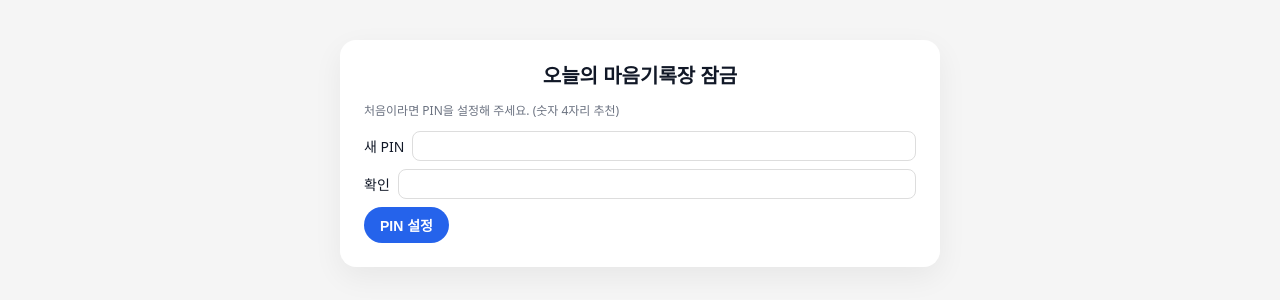
Repository: ymymym6843-prog/paw-note
Page: Index.html
The author's editor kept a copy of each file at every save. The page is drawn from the files as they stood at one save, then again after the next save.
The browser window is 1280 px wide. The pictures show the whole page.

Above is the page before, as saved 2025-11-15 18:25:46.

### Index.html
<!DOCTYPE html>
<html lang="ko">
<head>
  <meta charset="UTF-8" />
  <title>오늘의 마음기록장</title>

  <!-- CSS -->
  <link rel="stylesheet" href="style.css" />

  <!-- PDF 내보내기용 jsPDF (CDN) -->
  <script src="https://cdnjs.cloudflare.com/ajax/libs/jspdf/2.5.1/jspdf.umd.min.js"></script>

  <!-- 메인 JS -->
  <script src="app.js" defer></script>
</head>
<body>
  <!-- 🔐 PIN 잠금 화면 -->
  <div id="lockScreen" class="card">
    <h2>오늘의 마음기록장 잠금</h2>
    <div id="lockStepSetup">
      <p class="small">
        처음이라면 PIN을 설정해 주세요. (숫자 4자리 추천)
      </p>
      <div class="row">
        <label for="newPin">새 PIN</label>
        <input type="password" id="newPin" maxlength="10" />
      </div>
      <div class="row">
        <label for="newPinConfirm">확인</label>
        <input type="password" id="newPinConfirm" maxlength="10" />
      </div>
      <div class="btn-row">
        <button id="setPinBtn" class="primary">PIN 설정</button>
      </div>
    </div>

    <div id="lockStepEnter" style="display:none;">
      <p class="small">
        PIN을 입력해서 일기장을 열어주세요.
      </p>
      <div class="row">
        <label for="enterPin">PIN</label>
        <input type="password" id="enterPin" maxlength="10" />
      </div>
      <div class="btn-row">
        <button id="unlockBtn" class="primary">잠금 해제</button>
      </div>
    </div>
  </div>

  <!-- 📓 실제 일기장 앱 -->
  <div id="app" class="card">
    <!-- 상단: 제목 + 다크모드 -->
    <div class="header-row">
      <h1>오늘의 마음기록장</h1>
      <button id="themeToggle" class="outline small-btn">🌙 다크모드</button>
    </div>

    <!-- 🔍 필터바: 검색 / 날짜 / 날씨 / 감정 (1열) -->
    <div class="row filter-row">
      <div class="filter-item">
        <label for="searchInput">검색</label>
        <input
          type="text"
          id="searchInput"
          placeholder="내용 / 날짜 / 감정 / 날씨"
        />
      </div>
      <div class="filter-item">
        <label for="dateInput">날짜</label>
        <input type="date" id="dateInput" />
      </div>
      <div class="filter-item">
        <label for="weatherSelect">날씨</label>
        <select id="weatherSelect">
          <option value="sunny">☀️ 맑음</option>
          <option value="cloudy">⛅ 흐림</option>
          <option value="rainy">🌧️ 비</option>
          <option value="snowy">❄️ 눈</option>
          <option value="stormy">⛈️ 폭풍</option>
        </select>
      </div>
      <div class="filter-item">
        <label for="emotionSelect">감정</label>
        <select id="emotionSelect">
          <option value="happy">😊 기쁨</option>
          <option value="sad">😢 슬픔</option>
          <option value="angry">😡 화남</option>
          <option value="scared">😱 무서움</option>
          <option value="calm">😌 편안</option>
        </select>
      </div>
    </div>

    <!-- 텍스트 일기 -->
    <div class="section-title">텍스트 일기</div>
    <textarea id="contentInput" placeholder="오늘은 어땠는지 적어볼까?"></textarea>

    <!-- 그림일기 -->
    <div class="section-title">그림일기</div>
    <div id="drawingContainer">
      <!-- 모드 버튼 -->
      <div class="toolbar">
        <span>모드:</span>
        <button id="drawModeBtn" class="outline mode-btn active">✏️ 그리기</button>
        <button id="stickerModeBtn" class="outline mode-btn">⭐ 스티커</button>
        <span class="small" id="modeHint">손가락/마우스로 자유롭게 그리기</span>
      </div>

      <canvas id="drawingCanvas"></canvas>

      <!-- 그리기 툴 -->
      <div class="toolbar">
        <label>색상
          <input type="color" id="colorPicker" value="#111827" />
        </label>
        <label>두께
          <input type="range" id="brushSize" min="1" max="20" value="4" />
        </label>
        <button id="undoBtn" class="outline">↩ 되돌리기</button>
        <button id="redoBtn" class="outline">↪ 다시하기</button>
        <button id="clearCanvasBtn" class="outline">전체 그림 지우기</button>
        <button id="exportPngBtn" class="outline">PNG로 저장</button>
      </div>

      <!-- 스티커 툴 -->
      <div class="toolbar">
        <span>스티커 패널:</span>
        <div class="sticker-panel-buttons">
          <button class="outline sticker-emoji-btn" data-emoji="😊">😊</button>
          <button class="outline sticker-emoji-btn" data-emoji="🌧️">🌧️</button>
          <button class="outline sticker-emoji-btn" data-emoji="⭐">⭐</button>
          <button class="outline sticker-emoji-btn" data-emoji="❤️">❤️</button>
          <button class="outline sticker-emoji-btn" data-emoji="🍀">🍀</button>
        </div>
      </div>

      <div class="toolbar">
        <span>PNG 스티커:</span>
        <input type="file" id="stickerUpload" accept="image/png" style="display:none;">
        <button id="uploadStickerBtn" class="outline">PNG 불러오기</button>
        <button id="deleteStickerBtn" class="outline">선택 스티커 삭제</button>
        <span class="small">(스티커를 클릭하면 선택·이동 / 우하단 모서리로 크기 조절)</span>
      </div>

      <p class="small">
        👉 <b>스티커 모드</b>일 때 캔버스를 클릭하면 스티커를 붙이거나 선택할 수 있어요.<br>
        👉 PNG 파일을 캔버스로 바로 <b>드래그&드롭</b>해도 스티커처럼 붙습니다.
      </p>
    </div>

    <!-- 버튼들 -->
    <div class="btn-row">
      <button id="saveBtn" class="primary" style="flex:1;">저장하기</button>
      <button id="newEntryBtn" class="outline">새 일기</button>
    </div>

    <!-- 내보내기 -->
    <div class="section-title">내보내기 / 백업</div>
    <div class="btn-row">
      <button id="exportTxtBtn" class="outline">텍스트로 내보내기</button>
      <button id="exportPdfBtn" class="outline">PDF로 내보내기</button>
    </div>
    <p class="small">
      백업 파일은 본인만 보이는 곳에 잘 보관해 주세요.
    </p>

    <!-- 목록 -->
    <div class="list-title">📚 저장된 일기</div>
    <ul id="list"></ul>
  </div>
</body>
</html>

### style.css
* { box-sizing: border-box; }

body {
  font-family: system-ui, -apple-system, BlinkMacSystemFont, "Segoe UI", sans-serif;
  background: #f5f5f5;
  margin: 0;
  padding: 0;
  display: flex;
  justify-content: center;
  color: #111827;
  transition: background 0.2s ease, color 0.2s ease;
}

.card {
  width: 100%;
  max-width: 600px;
  margin: 40px 16px;
  background: #ffffff;
  border-radius: 16px;
  padding: 20px 24px 24px;
  box-shadow: 0 10px 30px rgba(0,0,0,0.06);
  transition: background 0.2s ease, box-shadow 0.2s ease;
}

.header-row {
  display: flex;
  align-items: center;
  justify-content: space-between;
  gap: 8px;
  margin-bottom: 8px;
}

h1 {
  margin: 0;
  font-size: 24px;
}

h2 {
  margin-top: 0;
  margin-bottom: 12px;
  font-size: 20px;
  text-align: center;
}

.row {
  display: flex;
  gap: 8px;
  align-items: center;
  margin-bottom: 8px;
}

.row label {
  font-size: 14px;
  white-space: nowrap;
}

input[type="date"],
input[type="password"],
input[type="text"],
select {
  padding: 6px 10px;
  border-radius: 8px;
  border: 1px solid #ddd;
  font-size: 14px;
  flex: 1;
  background: #ffffff;
  color: #111827;
  transition: background 0.2s ease, border-color 0.2s ease, color 0.2s ease;
}

textarea {
  width: 100%;
  min-height: 120px;
  resize: vertical;
  padding: 10px 12px;
  border-radius: 10px;
  border: 1px solid #ddd;
  font-size: 14px;
  line-height: 1.5;
  background: #ffffff;
  color: #111827;
  transition: background 0.2s ease, border-color 0.2s ease, color 0.2s ease;
}

button {
  border: none;
  border-radius: 999px;
  padding: 8px 16px;
  font-size: 14px;
  cursor: pointer;
  transition: background 0.2s ease, color 0.2s ease, border-color 0.2s ease, opacity 0.1s ease;
}

button.primary {
  background: #2563eb;
  color: white;
  font-weight: 600;
}

button.primary:hover {
  opacity: 0.9;
}

button.outline {
  background: white;
  border: 1px solid #ddd;
  color: #111827;
}

button.outline:hover {
  background: #f3f4f6;
}

.small-btn {
  padding: 4px 10px;
  font-size: 12px;
}

.btn-row {
  display: flex;
  gap: 8px;
  margin-top: 8px;
  flex-wrap: wrap;
}

.list-title {
  margin-top: 20px;
  margin-bottom: 8px;
  font-size: 15px;
  font-weight: 600;
}

#list {
  list-style: none;
  padding: 0;
  margin: 0;
  max-height: 220px;
  overflow-y: auto;
  border-top: 1px solid #eee;
}

#list li {
  display: flex;
  justify-content: space-between;
  align-items: center;
  padding: 8px 0;
  border-bottom: 1px solid #f1f1f1;
  font-size: 13px;
  gap: 8px;
}

#list li .info-btn {
  background: transparent;
  padding: 0;
  text-align: left;
  flex: 1;
  border-radius: 8px;
}

#list li .info-btn:hover {
  text-decoration: underline;
}

#list li .meta {
  display: flex;
  flex-direction: column;
  align-items: flex-start;
}

/* 감정 배지 */
.badge {
  padding: 2px 8px;
  border-radius: 999px;
  font-size: 11px;
  margin-top: 2px;
}

/* 감정별 색상 */
.badge.happy {
  background: #dbeafe;
  color: #1d4ed8;
}

.badge.sad {
  background: #fee2e2;
  color: #b91c1c;
}

.badge.angry {
  background: #fecaca;
  color: #b91c1c;
}

.badge.scared {
  background: #e0f2fe;
  color: #0369a1;
}

.badge.calm {
  background: #dcfce7;
  color: #15803d;
}

.thumb {
  width: 40px;
  height: 40px;
  border-radius: 8px;
  background: #f3f4f6;
  flex-shrink: 0;
  overflow: hidden;
  display: flex;
  align-items: center;
  justify-content: center;
  font-size: 10px;
}

.thumb img {
  width: 100%;
  height: 100%;
  object-fit: cover;
}

.delete {
  font-size: 11px;
  padding: 4px 8px;
  border-radius: 999px;
  background: #fee2e2;
  color: #b91c1c;
  flex: 0 0 auto;
}

.section-title {
  font-size: 14px;
  font-weight: 600;
  margin-top: 16px;
  margin-bottom: 6px;
}

.small {
  font-size: 12px;
  color: #6b7280;
}

/* 캔버스 */
#drawingContainer {
  border-radius: 12px;
  border: 1px solid #e5e7eb;
  padding: 8px;
  background: #f9fafb;
  transition: background 0.2s ease, border-color 0.2s ease;
}

#drawingCanvas {
  width: 100%;
  height: 220px;
  border-radius: 8px;
  background: white;
  border: 1px solid #e5e7eb;
  touch-action: none;
  display: block;
}

.toolbar {
  display: flex;
  align-items: center;
  gap: 8px;
  margin-top: 6px;
  flex-wrap: wrap;
  font-size: 12px;
}

.toolbar label {
  font-size: 12px;
}

input[type="color"] {
  border-radius: 999px;
  border: 1px solid #ddd;
  width: 36px;
  height: 26px;
  padding: 0;
}

input[type="range"] {
  flex: 1;
}

#lockScreen {
  display: none;
}

#app {
  display: none;
}

.mode-btn.active {
  border-color: #2563eb;
  color: #2563eb;
  font-weight: 600;
}

.sticker-panel-buttons button {
  font-size: 16px;
  padding: 4px 10px;
}

/* 🌙 다크 모드 */
body.dark {
  background: #020617;
  color: #e5e7eb;
}

body.dark .card {
  background: #020617;
  box-shadow: 0 10px 30px rgba(15,23,42,0.8);
}

body.dark input[type="date"],
body.dark input[type="password"],
body.dark input[type="text"],
body.dark select,
body.dark textarea {
  background: #020617;
  border-color: #475569;
  color: #e5e7eb;
}

body.dark button.outline {
  background: #020617;
  border-color: #475569;
  color: #e5e7eb;
}

body.dark button.outline:hover {
  background: #0f172a;
}

body.dark .small {
  color: #9ca3af;
}

body.dark #drawingContainer {
  background: #020617;
  border-color: #1e293b;
}

body.dark #drawingCanvas {
  background: #020617;
  border-color: #1e293b;
}

body.dark #list {
  border-top-color: #1f2933;
}

body.dark #list li {
  border-bottom-color: #1f2933;
}

/* 📱 반응형 */
@media (max-width: 480px) {
  .card {
    margin: 16px;
    padding: 16px;
  }

  h1 {
    font-size: 20px;
  }

  h2 {
    font-size: 18px;
  }

  button,
  input,
  select {
    font-size: 13px;
  }

  #drawingCanvas {
    height: 200px;
  }

  .list-title {
    margin-top: 16px;
  }
}

Loaded but not shown: app.js (930 lines, source omitted)

After the next save:
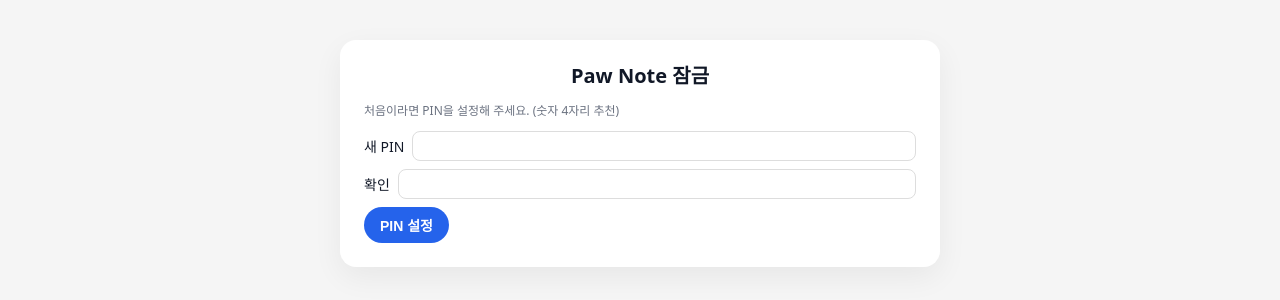
Not found: images/paw-logo.png
Saved 37 min 24 s later.
--- a/Index.html
+++ b/Index.html
@@ -2,7 +2,12 @@
 <html lang="ko">
 <head>
   <meta charset="UTF-8" />
-  <title>오늘의 마음기록장</title>
+  <title>Paw Note</title>
+
+  <!-- 귀여운 폰트 -->
+  <link rel="preconnect" href="https://fonts.googleapis.com">
+  <link rel="preconnect" href="https://fonts.gstatic.com" crossorigin>
+  <link href="https://fonts.googleapis.com/css2?family=Quicksand:wght@500;700&family=Noto+Sans+KR:wght@400;500;700&display=swap" rel="stylesheet">
 
   <!-- CSS -->
   <link rel="stylesheet" href="style.css" />
@@ -10,13 +15,13 @@
   <!-- PDF 내보내기용 jsPDF (CDN) -->
   <script src="https://cdnjs.cloudflare.com/ajax/libs/jspdf/2.5.1/jspdf.umd.min.js"></script>
 
-  <!-- 메인 JS -->
+  <!-- 메인 JS (기존 app.js 그대로 사용) -->
   <script src="app.js" defer></script>
 </head>
 <body>
   <!-- 🔐 PIN 잠금 화면 -->
-  <div id="lockScreen" class="card">
-    <h2>오늘의 마음기록장 잠금</h2>
+  <div id="lockScreen" class="card lock-card">
+    <h2>Paw Note 잠금</h2>
     <div id="lockStepSetup">
       <p class="small">
         처음이라면 PIN을 설정해 주세요. (숫자 4자리 추천)
@@ -36,7 +41,7 @@
 
     <div id="lockStepEnter" style="display:none;">
       <p class="small">
-        PIN을 입력해서 일기장을 열어주세요.
+        PIN을 입력해서 Paw Note를 열어주세요.
       </p>
       <div class="row">
         <label for="enterPin">PIN</label>
@@ -48,13 +53,22 @@
     </div>
   </div>
 
-  <!-- 📓 실제 일기장 앱 -->
-  <div id="app" class="card">
-    <!-- 상단: 제목 + 다크모드 -->
-    <div class="header-row">
-      <h1>오늘의 마음기록장</h1>
+  <!-- 📓 Paw Note 앱 -->
+  <div id="app" class="card app-card">
+    <!-- 상단: 로고 + 타이틀 + 다크모드 -->
+    <header class="app-header">
+      <div class="brand">
+        <div class="brand-logo">
+          <!-- src 경로를 로고 파일 위치에 맞게 바꿔줘! -->
+          <img src="images/paw-logo.png" alt="Paw Note Logo">
+        </div>
+        <div class="brand-text">
+          <div class="brand-title">Paw Note</div>
+          <div class="brand-subtitle">핑크 젤리로 남기는 오늘의 기록</div>
+        </div>
+      </div>
       <button id="themeToggle" class="outline small-btn">🌙 다크모드</button>
-    </div>
+    </header>
 
     <!-- 🔍 필터바: 검색 / 날짜 / 날씨 / 감정 (1열) -->
     <div class="row filter-row">
@@ -63,7 +77,7 @@
         <input
           type="text"
           id="searchInput"
-          placeholder="내용 / 날짜 / 감정 / 날씨"
+          placeholder="내용 · 날짜 · 감정 · 날씨 검색"
         />
       </div>
       <div class="filter-item">
@@ -94,14 +108,16 @@
 
     <!-- 텍스트 일기 -->
     <div class="section-title">텍스트 일기</div>
-    <textarea id="contentInput" placeholder="오늘은 어땠는지 적어볼까?"></textarea>
+    <div class="notepaper">
+      <textarea id="contentInput" placeholder="오늘 발바닥 젤리는 어떤 기분이었어?"></textarea>
+    </div>
 
     <!-- 그림일기 -->
     <div class="section-title">그림일기</div>
     <div id="drawingContainer">
       <!-- 모드 버튼 -->
       <div class="toolbar">
-        <span>모드:</span>
+        <span>모드</span>
         <button id="drawModeBtn" class="outline mode-btn active">✏️ 그리기</button>
         <button id="stickerModeBtn" class="outline mode-btn">⭐ 스티커</button>
         <span class="small" id="modeHint">손가락/마우스로 자유롭게 그리기</span>
@@ -112,62 +128,81 @@
       <!-- 그리기 툴 -->
       <div class="toolbar">
         <label>색상
-          <input type="color" id="colorPicker" value="#111827" />
+          <input type="color" id="colorPicker" value="#c05677" />
         </label>
         <label>두께
           <input type="range" id="brushSize" min="1" max="20" value="4" />
         </label>
         <button id="undoBtn" class="outline">↩ 되돌리기</button>
         <button id="redoBtn" class="outline">↪ 다시하기</button>
-        <button id="clearCanvasBtn" class="outline">전체 그림 지우기</button>
-        <button id="exportPngBtn" class="outline">PNG로 저장</button>
+        <button id="clearCanvasBtn" class="outline">전체 지우기</button>
+        <button id="exportPngBtn" class="primary ghost">PNG 저장</button>
       </div>
 
       <!-- 스티커 툴 -->
       <div class="toolbar">
-        <span>스티커 패널:</span>
+        <span>스티커</span>
         <div class="sticker-panel-buttons">
-          <button class="outline sticker-emoji-btn" data-emoji="😊">😊</button>
-          <button class="outline sticker-emoji-btn" data-emoji="🌧️">🌧️</button>
+          <button class="outline sticker-emoji-btn" data-emoji="🐾">🐾</button>
+          <button class="outline sticker-emoji-btn" data-emoji="😺">😺</button>
           <button class="outline sticker-emoji-btn" data-emoji="⭐">⭐</button>
-          <button class="outline sticker-emoji-btn" data-emoji="❤️">❤️</button>
-          <button class="outline sticker-emoji-btn" data-emoji="🍀">🍀</button>
+          <button class="outline sticker-emoji-btn" data-emoji="☕">☕</button>
+          <button class="outline sticker-emoji-btn" data-emoji="🌸">🌸</button>
         </div>
       </div>
 
       <div class="toolbar">
-        <span>PNG 스티커:</span>
+        <span>PNG 스티커</span>
         <input type="file" id="stickerUpload" accept="image/png" style="display:none;">
         <button id="uploadStickerBtn" class="outline">PNG 불러오기</button>
-        <button id="deleteStickerBtn" class="outline">선택 스티커 삭제</button>
-        <span class="small">(스티커를 클릭하면 선택·이동 / 우하단 모서리로 크기 조절)</span>
-      </div>
-
-      <p class="small">
-        👉 <b>스티커 모드</b>일 때 캔버스를 클릭하면 스티커를 붙이거나 선택할 수 있어요.<br>
-        👉 PNG 파일을 캔버스로 바로 <b>드래그&드롭</b>해도 스티커처럼 붙습니다.
+        <button id="deleteStickerBtn" class="outline">선택 삭제</button>
+        <span class="small">(스티커 클릭 → 이동 / 우하단 모서리 → 크기 조절)</span>
+      </div>
+
+      <p class="small hint">
+        PNG 파일을 캔버스로 바로 <b>드래그&드롭</b>하면 젤리 스티커처럼 붙어요 🐾
       </p>
     </div>
 
     <!-- 버튼들 -->
     <div class="btn-row">
-      <button id="saveBtn" class="primary" style="flex:1;">저장하기</button>
+      <button id="saveBtn" class="primary" style="flex:1;">오늘 기록 저장하기</button>
       <button id="newEntryBtn" class="outline">새 일기</button>
     </div>
 
     <!-- 내보내기 -->
     <div class="section-title">내보내기 / 백업</div>
     <div class="btn-row">
-      <button id="exportTxtBtn" class="outline">텍스트로 내보내기</button>
-      <button id="exportPdfBtn" class="outline">PDF로 내보내기</button>
+      <button id="exportTxtBtn" class="outline">텍스트 백업</button>
+      <button id="exportPdfBtn" class="outline">PDF 백업</button>
     </div>
     <p class="small">
-      백업 파일은 본인만 보이는 곳에 잘 보관해 주세요.
+      백업 파일은 본인만 보이는 곳에 잘 보관해 주세요. (Paw Note 비밀 기록장✨)
     </p>
 
     <!-- 목록 -->
-    <div class="list-title">📚 저장된 일기</div>
+    <div class="list-title">📚 지난 Paw Note</div>
     <ul id="list"></ul>
+
+    <!-- 하단 네비 (디자인용, 기능 X) -->
+    <nav class="bottom-nav">
+      <button class="nav-btn active">
+        <span class="nav-icon">🏠</span>
+        <span class="nav-label">Home</span>
+      </button>
+      <button class="nav-btn">
+        <span class="nav-icon">📅</span>
+        <span class="nav-label">Calendar</span>
+      </button>
+      <button class="nav-btn">
+        <span class="nav-icon">📷</span>
+        <span class="nav-label">Photos</span>
+      </button>
+      <button class="nav-btn">
+        <span class="nav-icon">✨</span>
+        <span class="nav-label">More</span>
+      </button>
+    </nav>
   </div>
 </body>
 </html>
